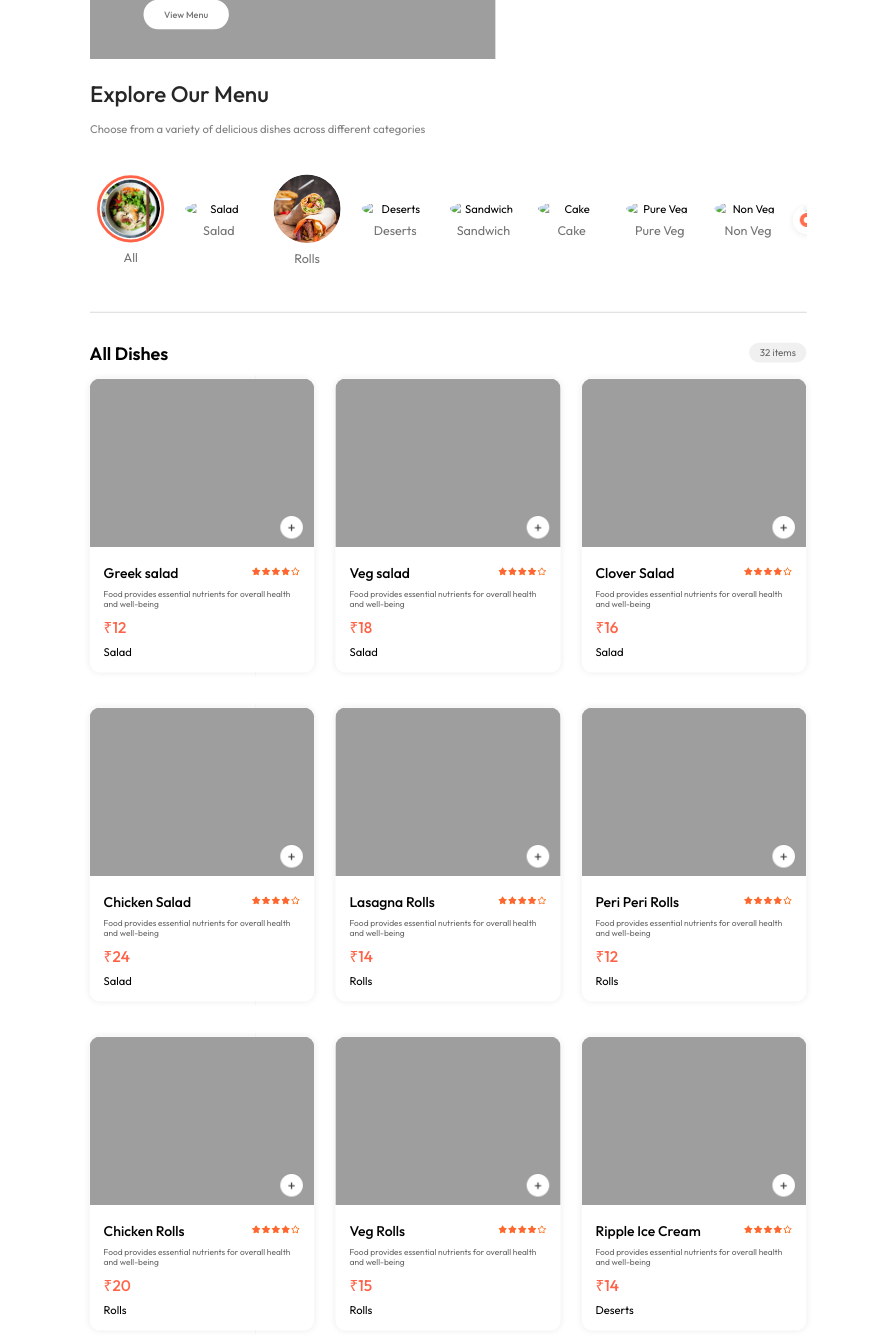
Repository: keyursanglikar/Hotel-Manangement
Page: / (app in frontend/)
An editor plug-in stored every save of this project. The page is shown before and after the next save, followed by the edit.
The browser window is 1280 px wide. The pictures show the part of the page from y = 524 to 2444 px (the page is 9373 px tall before and 9371 px after), at 70% of full size.
Pictures or frames that could not be fetched are drawn as grey boxes. The page's requests for data from a server got no answer. The project was rebuilt for these pictures with package versions that can differ from the ones it lists, and the page was loaded fresh each time. No one was signed in, and anything a server would have sent is missing. Also part of the build but not shown: frontend/vite.config.js, frontend/src/pages/Cart/Cart.css, frontend/src/pages/Cart/Cart.jsx, frontend/src/pages/PlaceOrder/PlaceOrder.jsx, frontend/src/components/LoginPopup/LoginPopup.css, frontend/src/components/LoginPopup/LoginPopup.jsx, frontend/src/pages/Verify/Verify.css, frontend/src/pages/Verify/Verify.jsx and 2 more.

Above is the page before, as saved 2025-12-04 22:58:16.

After the next save:
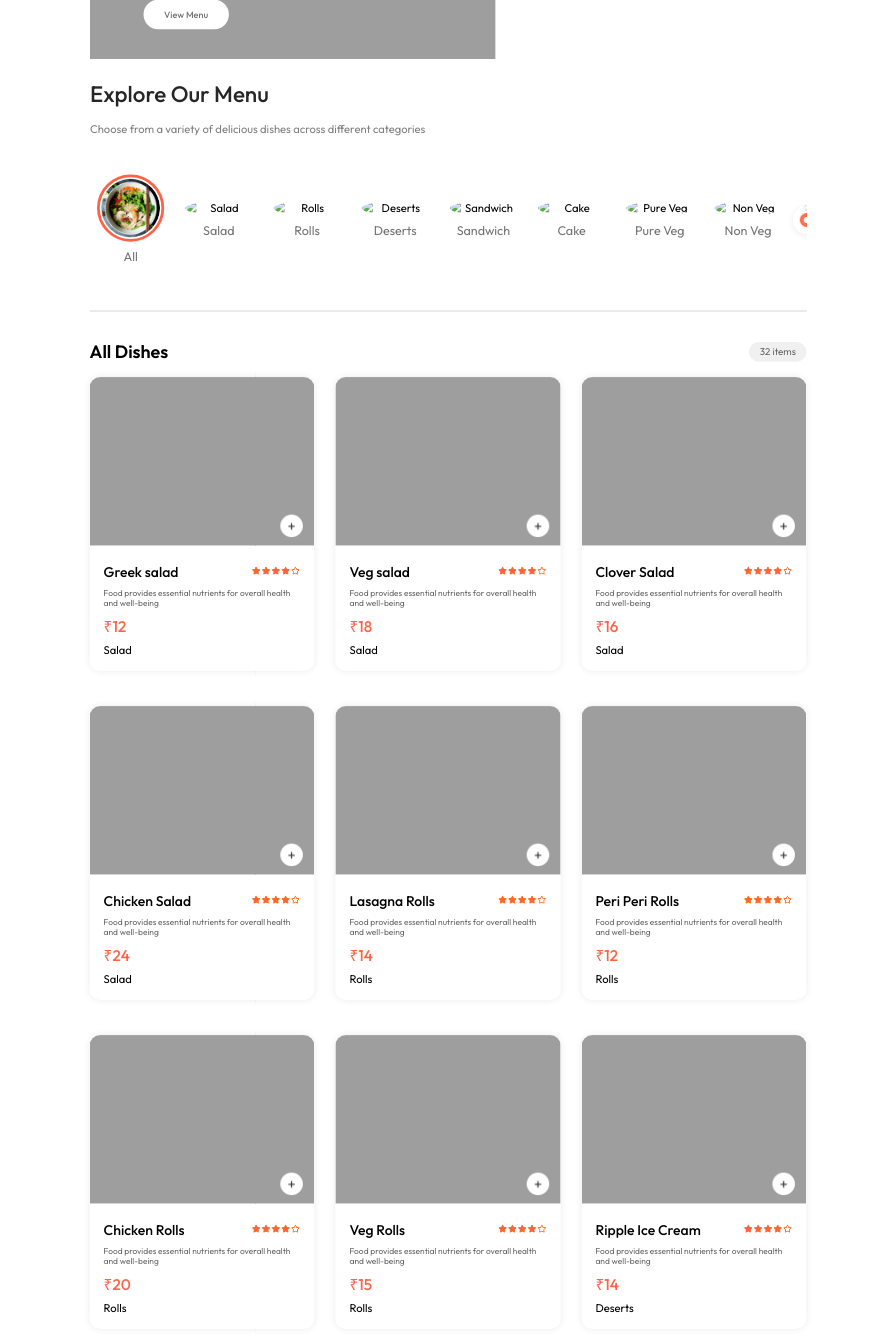
Saved 62 s later.
--- a/frontend/src/assets/assets.js
+++ b/frontend/src/assets/assets.js
@@ -473,7 +473,7 @@ export const menu_list = [
         menu_image: menu_1
     },
     {
-        menu_name: "Rolls",
+        menu_name: "Rice",
         menu_image: menu_2
     },
     {
